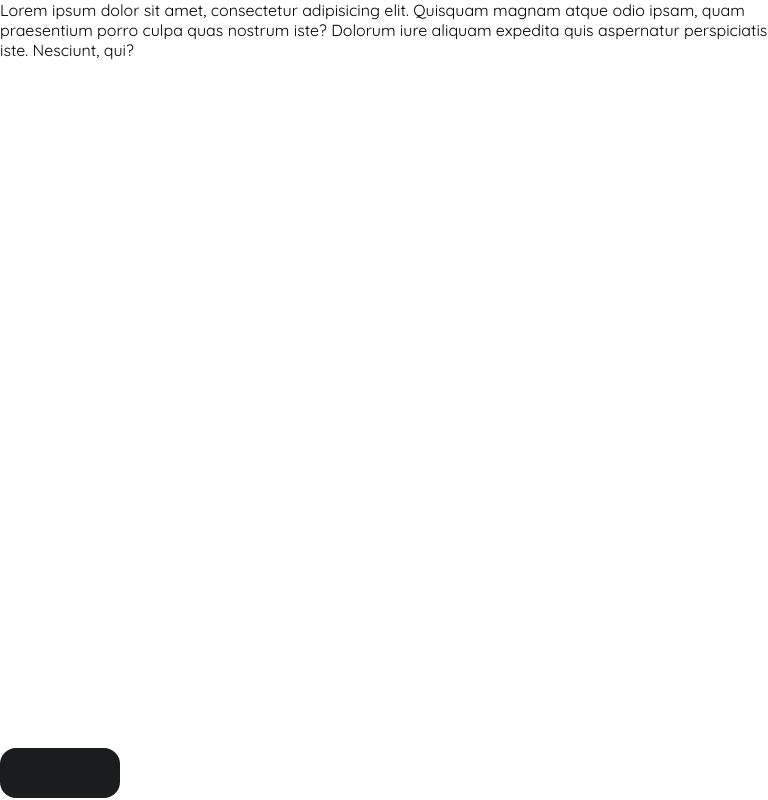
Repository: Fuocmanh/demo
Page: site/nav.html
An editor plug-in stored every save of this project. The page is shown before and after the next save, followed by the edit.
The browser window is 768 px wide. The pictures show the whole page.

Above is the page before, as saved 2022-12-30 17:11:35.

### site/nav.html
<!DOCTYPE html>
<html lang="en">

<head>
    <meta charset="UTF-8">
    <meta name="viewport" content="width=device-width, initial-scale=1" />
    <link rel="stylesheet" href="../css/style.css">
    <script type="module" src="https://unpkg.com/ionicons@5.5.2/dist/ionicons/ionicons.esm.js"></script>
    <script nomodule src="https://unpkg.com/ionicons@5.5.2/dist/ionicons/ionicons.js"></script>
</head>

<body >
    <section id="sidebar">
        <div class="sidebar">
            <a href="#" class="logo">
                <img src="https://i.pinimg.com/550x/dd/6d/22/dd6d2277032c5f365dd3149d45b3a820.jpg" alt="" class="logo-image" />
            </a>
            <nav>
                <ul class="menu">
                    <li class="menu-item">
                        <a href="#" class="menu-link">
                            <ion-icon name="home-outline"></ion-icon>
                            <span>Trang chủ</span>
                        </a>
                    </li>
                    <li class="menu-item">
                        <a href="#" class="menu-link">
                            <ion-icon name="call-outline"></ion-icon>
                            <span>Liên hệ</span>
                        </a>
                    </li>
                    <li class="menu-item">
                        <a href="#" class="menu-link">
                            <ion-icon name="call-outline"></ion-icon>
                            <span>Giới thiệu</span>

                        </a>
                    </li>
                    <li class="menu-item">
                        <a href="#" class="menu-link">
                            <ion-icon name="pricetags-outline"></ion-icon>
                            <span>Sản phẩm</span>
                        </a>
                    </li>
                    <li class="menu-item">
                        <a href="#" class="menu-link">
                            <ion-icon name="cart-outline"></ion-icon>
                            <span>Giỏ hàng</span>
                        </a>
                    </li>
                    <li class="menu-item" style="margin: -5px;">
                        <a href="#" class="menu-link">
                            <ion-icon name="log-in-outline"></ion-icon>
                            <span>Đăng xuất</span>
                        </a>
                    </li>
                </ul>
            </nav>

            <!-- <div class="">
                <a href="#!"><ion-icon name="log-in-outline"></ion-icon></a>
            </div> -->
        </div>
    </section>
    <section>
        <p>Lorem ipsum dolor sit amet, consectetur adipisicing elit. Quisquam magnam atque odio ipsam, quam praesentium porro culpa quas nostrum iste? Dolorum iure aliquam expedita quis aspernatur perspiciatis iste. Nesciunt, qui?
        </p>
    </section>
    <script src="../js/style.js"></script>
</body>

</html>

### css/style.css
@import url('https://fonts.googleapis.com/css2?family=Quicksand:wght@300;400;500;600;700&display=swap');

html {
    font-family: 'Quicksand', sans-serif;
}

* {
    /* font-size: 18px; */
    width: 100%;
    margin: 0px;
    padding: 0px;
    box-sizing: border-box;
}

body {
    width: 100%;
    display: flex;
    flex-direction: row;
    gap: 5px;
}

#sidebar {
    height: calc(100% - 20px);
    width: max-content;
    /* background-color: aqua; */
    margin: 10px 5px;
}

.sidebar {
    background-color: #1A1C1E;
    width: 80px;
    height: 100%;
    padding: 40px 5px;
    border-radius: 16px;
    transition: 0.5s;
    /* transform: translate(0px,20%);    */
}

ion-icon {
    font-size: 30px;
    color: #FFFFFF;
}

.sidebar:not(:hover) .logo-image {
    transform: translate(-16px, -7px);
}

.logo {
    width: 100%;
    height: 50px;
}

.logo-image {
    transform: translateY(-8px);
    margin: 0 40%;
    width: 50px;
    height: 50px;
    border-radius: 50%;
}

.sidebar:hover {
    width: 200px;
}

.sidebar:not(:hover) .menu-link span {
    display: none;
}

li {
    width: 100%;
    display: flex;
    align-items: center;
    justify-content: center;
    margin-bottom: 25px;
}

.menu-link {
    width: 100%;
    display: flex;
    color: #FFFFFF;
    list-style: none;
    text-decoration: none;
    padding: 10px;
    border-radius: 9% 91% 91% 9% / 52% 48% 52% 48%;
}

.menu-link:hover {
    border-radius: 9% 91% 91% 9% / 52% 48% 52% 48%;
    background-color: rgba(0, 0, 0, .5);
}

.menu-link span {
    transform: translate(-25px, 5px);
}

@media screen and (max-width:768px) {
    body {
        gap: 0px;
        flex-direction: column;
    }

    #sidebar {
        position: fixed;
        bottom: 2px;
        margin: 0;
        padding: 0 !important;
        height: max-content;
        width: calc(100%-10px);
        /* background-color: #1A1C1E; */
    }

    .sidebar {
        display: flex;
        flex-direction: row;
        align-items: center;
        justify-content: center;
        background-color: #1A1C1E;
        width: 100%;
        height: 50px !important;
        padding: 0 5px;
    }

    .menu {
        display: flex;
        align-items: center !important;
        justify-content: center !important;
        flex-direction: row;
    }

    .sidebar:hover {
        width: 100%;
        /* height: max-content; */
    }

    .sidebar .menu-link span {
        display: none;
    }

    .sidebar:hover .logo-image {
        transform: translate(-16px, -7px);

    }

    .menu-link span,
    .logo-image {
        transform: translate(0px);
    }

    li {
        margin: 0;
    }

    .logo {
        display: none;
    }

    ion-icon {
        font-size: 20px;
    }

    .menu-link {
        border-radius: 50% 50% 50% 50% / 68% 70% 30% 32%;
    }

    .menu-link:hover {
        border-radius: 50% 50% 50% 50% / 68% 70% 30% 32%;
        background-color: rgba(0, 0, 0, .5);
    }
}

### js/style.js
var nav = document.getElementById('nav');
function hideShowNav(){
    display=nav.style.display ;
    display=='none'?nav.style.display ='block':nav.style.display ='none';
    // nav.style.opacity='1';
}
// function onchane(){
//     let width = document.getElementsByClassName('.box').style.width='50%';
// console.log(width);
// }

After the next save:
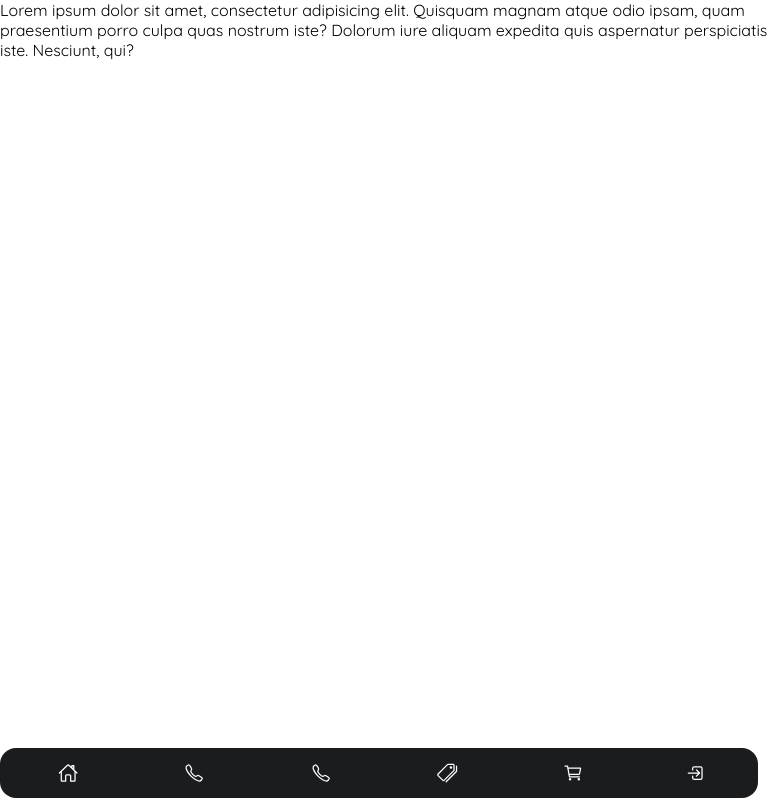
Saved 4 s later.
--- a/css/style.css
+++ b/css/style.css
@@ -105,7 +105,7 @@ li {
         margin: 0;
         padding: 0 !important;
         height: max-content;
-        width: calc(100%-10px);
+        width: calc(100% - 10px);
         /* background-color: #1A1C1E; */
     }
 
